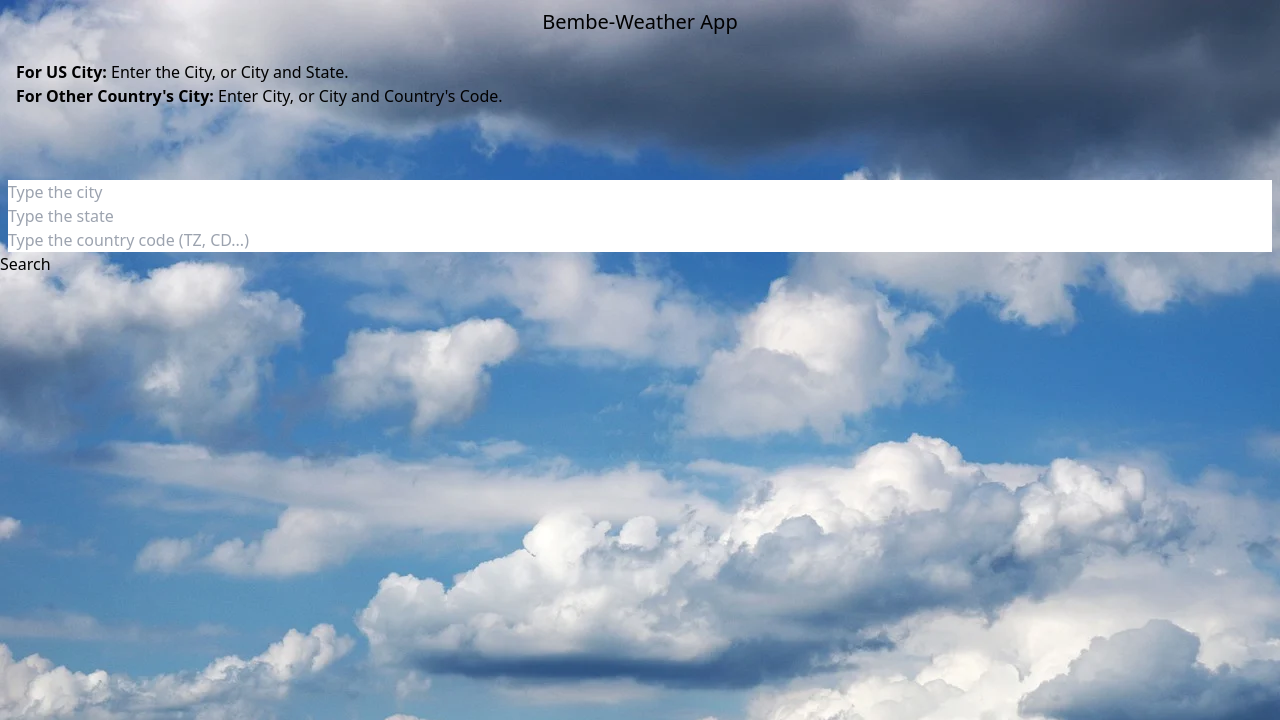
Repository: ShindanoSingi/bembe-weather
Page: /
These files come from the project's save history. The page is drawn as it stood at one moment and after the next save; the edit follows.
The browser window is 1280 px wide. The pictures show the whole page.
The page's requests for data from a server got no answer. The project was rebuilt for these pictures with package versions that can differ from the ones it lists, and the page was loaded fresh each time. No one was signed in, and anything a server would have sent is missing.

Above is the page before, as saved 2022-09-14 03:07:26.

After the next save:
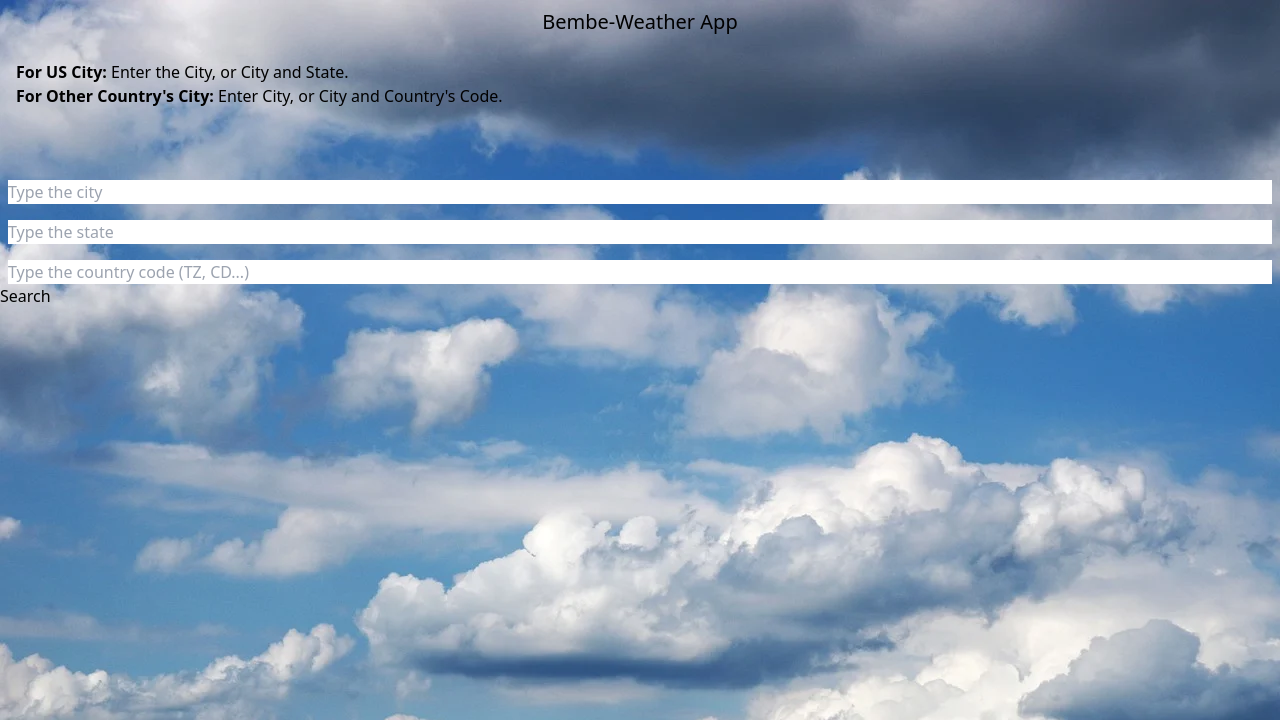
Saved 13 s later.
--- a/src/components/SearchForm.js
+++ b/src/components/SearchForm.js
@@ -12,7 +12,7 @@
   return (
     <div >
       <form className="form-container" onSubmit={handleSubmit} d-flex>
-        <div className="flex flex-col">
+        <div className="flex flex-col gap-4">
           <input
           className="mx-2 cityInput"
           placeholder="Type the city"
